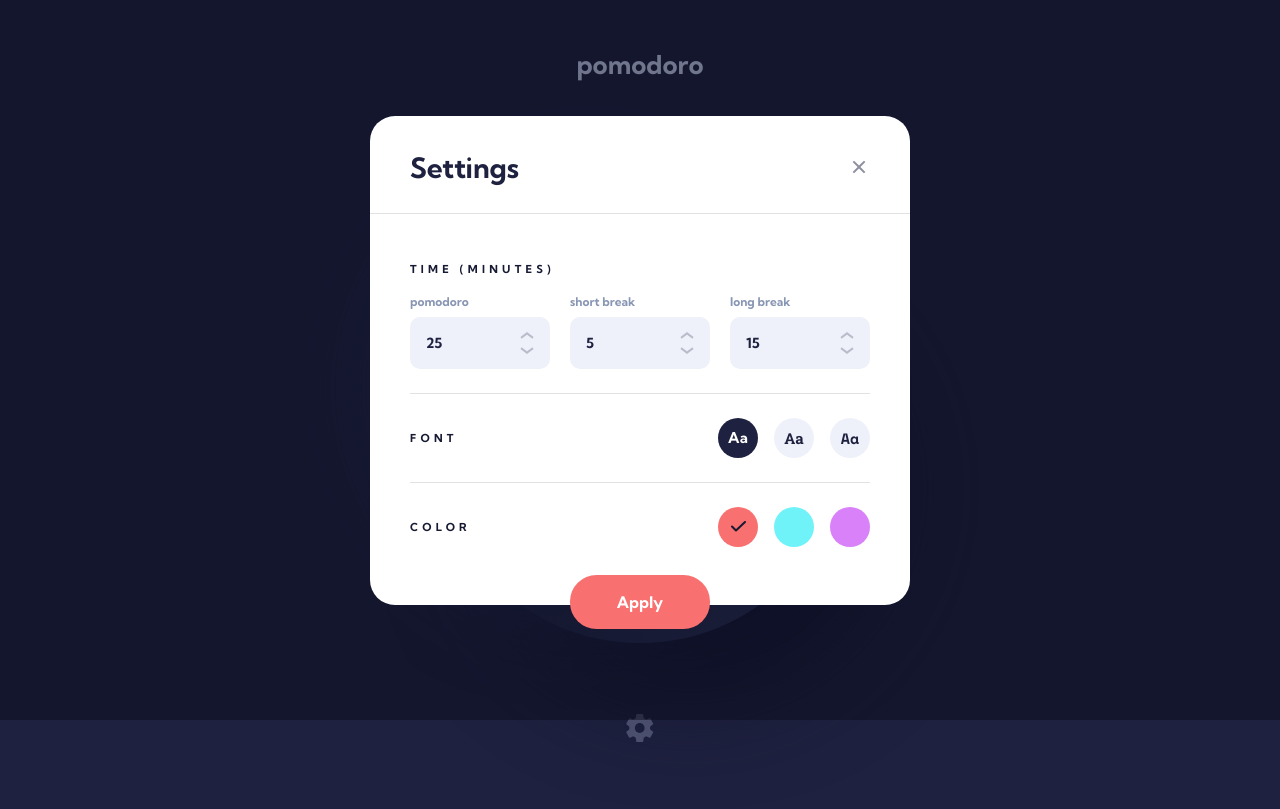
Repository: blordeus/pomodoro-app
Page: /, after clicking the first element matching `button.settings-trigger`
An editor plug-in stored every save of this project. The page is shown before and after the next save, followed by the edit.
The browser window is 1280 px wide. The pictures show the whole page.
The project was rebuilt for these pictures with package versions that can differ from the ones it lists, and the page was loaded fresh each time.

Above is the page before, as saved 2026-05-09 18:35:18.

After the next save:
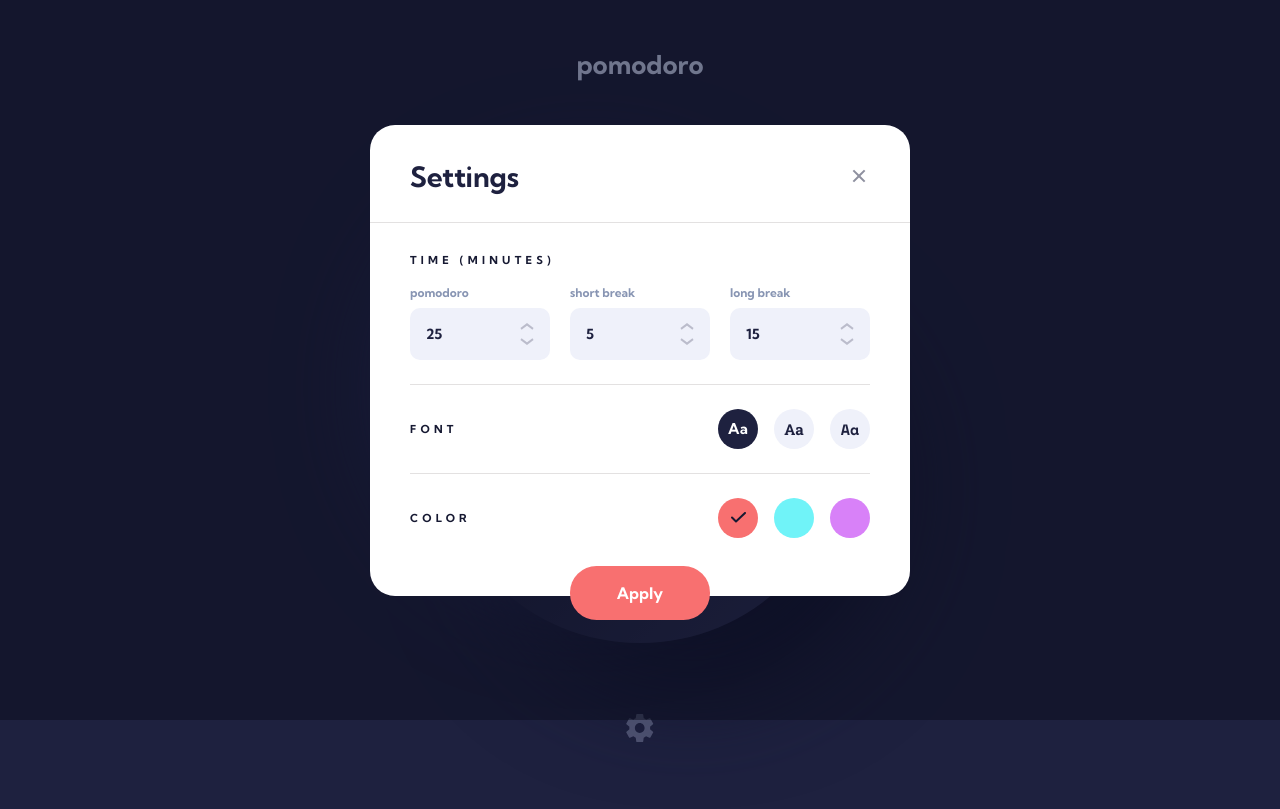
Saved 2 min 49 s later.
--- a/src/index.css
+++ b/src/index.css
@@ -250,7 +250,8 @@ button {
 }
 
 .modal__body {
-  padding: 24px 40px;
+  padding: 6px 40px 24px 40px;
+
 }
 
 .modal__section {
